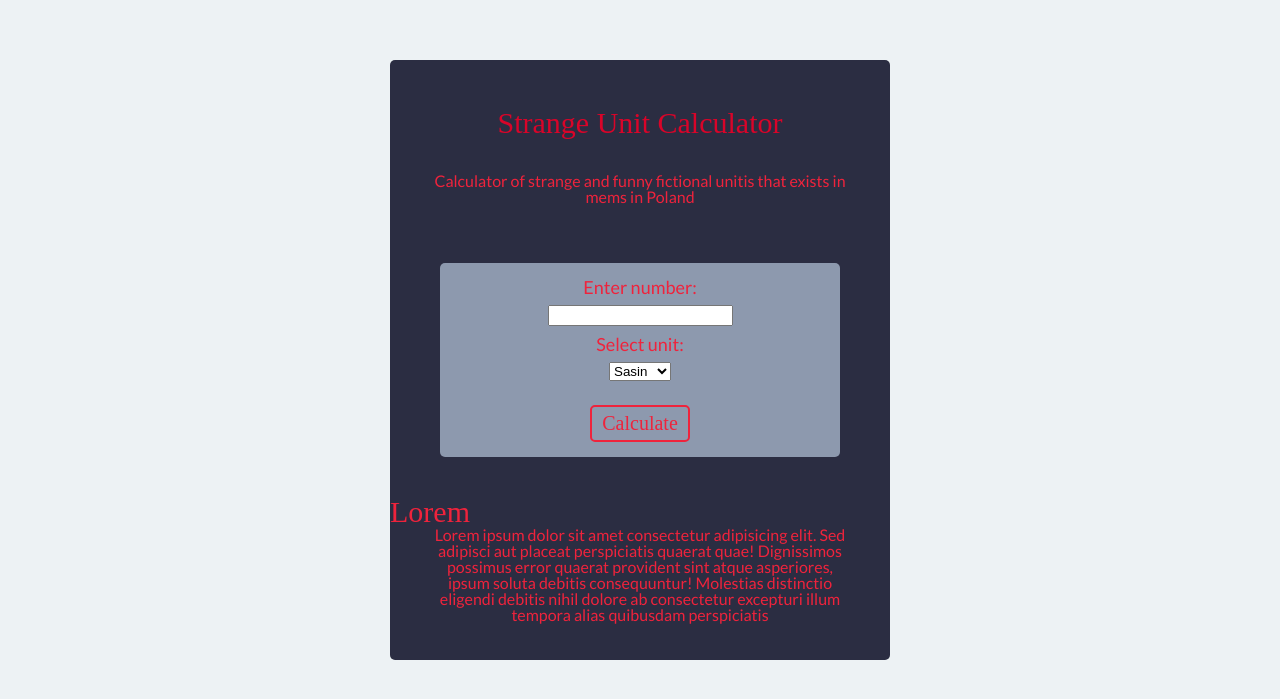
Repository: Gibon9/Calc2
Page: index.html
The author's editor kept a copy of each file at every save. The page is drawn from the files as they stood at one save, then again after the next save.
The browser window is 1280 px wide. The pictures show the whole page.
Some web fonts or font styles are not loaded; a fallback is used.

Above is the page before, as saved 2020-11-25 11:43:37.

### index.html
<!DOCTYPE html>
<html lang="en">
  <head>
    <meta charset="UTF-8" />
    <meta name="viewport" content="width=device-width, initial-scale=1.0" />
    <link rel="stylesheet" href="./styles/reset.css" />
    <link rel="stylesheet" href="./styles/style.css" />
    <title>Document</title>
  </head>

  <body>
    <main class="main-content">
      <header class="header">
        <h1 class="title">Strange Unit Calculator</h1>
        <p class="descrption--text">
          Calculator of strange and funny fictional unitis that exists in mems
          in Poland
        </p>
      </header>
      <form action="" class="input-form">
          <label for="number" class="input-form--number">Enter number: </label>
          <input type="number" class="" id="number" />

          <label for="selector" class="input-form--selector">Select unit:</label>
          <select name="unit-selector" id="selector">
            <option value="sasin">Sasin</option>
            <option value="wenta">Wenta</option>
            <option value="golota">Gołota</option>
          </select>

        <button class="calc-button">Calculate</button>
      </form>

      <section class="description">
        <h2 class="description--title">Lorem</h2>
        <p class="descrption--text">
          Lorem ipsum dolor sit amet consectetur adipisicing elit. Sed adipisci
          aut placeat perspiciatis quaerat quae! Dignissimos possimus error
          quaerat provident sint atque asperiores, ipsum soluta debitis
          consequuntur! Molestias distinctio eligendi debitis nihil dolore ab
          consectetur excepturi illum tempora alias quibusdam perspiciatis
        </p>
      </section>

      <!-- <section class="score popup">
        <h2 class="score--text">
          Lorem, ipsum dolor sit amet consectetur adipisicing elit. Itaque
          nostrum ea fugiat.
        </h2>
      </section>
    </main> -->

    <script src="./index.js"></script>
  </body>
</html>

### styles/style.css
@import url("https://fonts.googleapis.com/css2?family=Lato&family=Nerko+One&display=swap");

:root {
  --body-color: #edf2f4;
  --background-light: #8d99ae;
  --background-dark: #2b2d42;
  --text-light: #ef233c;
  --text-dark: #d90429;
}

* {
  box-sizing: border-box;
}

body {
  background-color: var(--body-color);
  display: flex;
  align-items: center;
  justify-content: center;
  width: 100vw;
  height: 100vh;
}

.title,
.description--title,
.score--text,
.calc-button {
  font-family: "Nerko One", cursive;
}

.descrption--text,
label,
option {
  font-family: "Lato", sans-serif;
}

.main-content,
.header {
  display: flex;
  flex-direction: column;
  width: 100%;
  height: 100%;
  align-items: center;
}

.main-content {
  width: 500px;
  height: 600px;
  background-color: var(--background-dark);
  border-radius: 5px;
  color: var(--text-light);
}

.header,
.input-form,
.description {
  flex: 1;
}

.header {
  justify-content: space-around;
}

.title {
  display: block;
  margin-top: 30px;
  font-size: 30px;
  color: var(--text-dark);
  text-align: center;
}

.descrption--text {
  margin: 0 40px 30px;
  text-align: center;
}

.input-form {
  display: flex;
  flex-direction: column;
  height: 100%;
  width: 400px;
  margin: 10px 0;
  justify-content: space-around;
  align-items: center;
  background-color: var(--background-light);
  border-radius: 5px;
}

.input-form--number {
  font-size: 18px;
  margin-top: 10px;
}

.input-form--selector {
  font-size: 18px;
}

.calc-button {
  cursor: pointer;
  font-size: 20px;
  border: 2px solid var(--text-light);
  border-radius: 5px;
  padding: 5px 10px;
  margin: 15px 0 10px;
  color: var(--text-light);
  background-color: transparent;
}

.calc-button:hover {
  color: var(--text-dark);
  background-color: var(--body-color);
}

.description {
}

.description--title {
  margin-top: 30px;
  font-size: 30px;
}

Loaded but not shown: styles/reset.css (common file); index.js (no stored copy; drawn as an empty file)

After the next save:
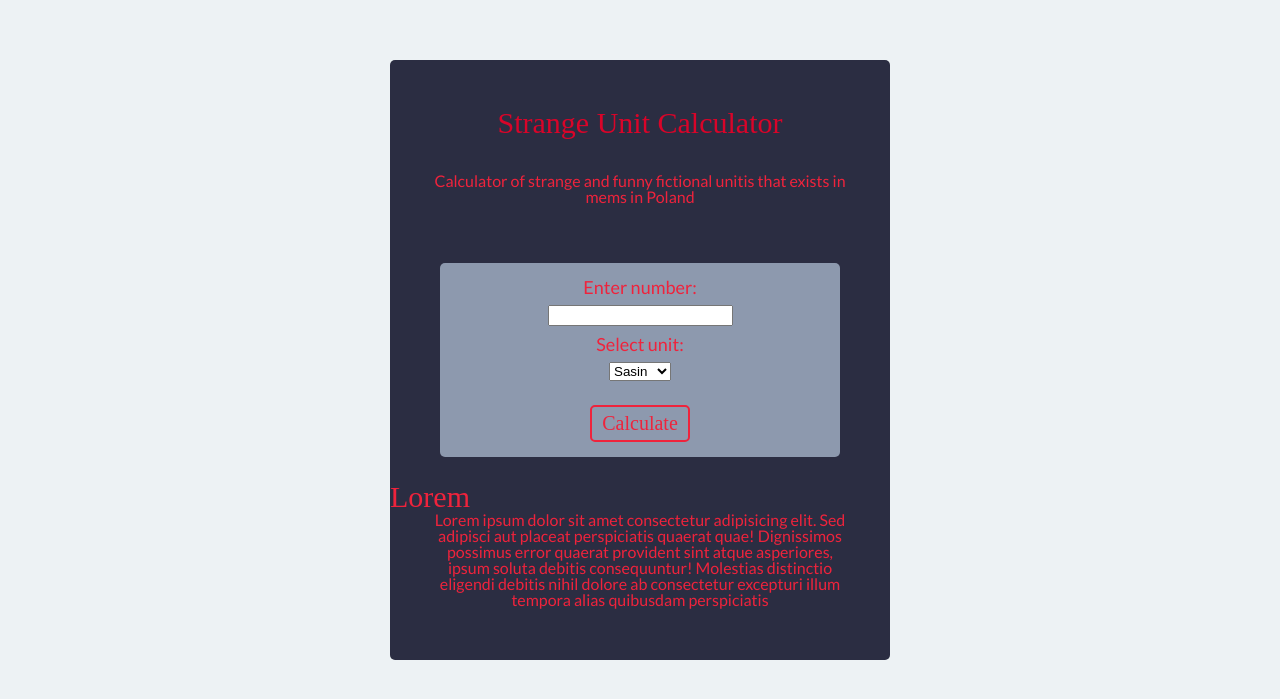
Saved 19 s later.
--- a/styles/style.css
+++ b/styles/style.css
@@ -115,6 +115,6 @@ option {
 }
 
 .description--title {
-  margin-top: 30px;
+  margin-top: 15px;
   font-size: 30px;
 }
